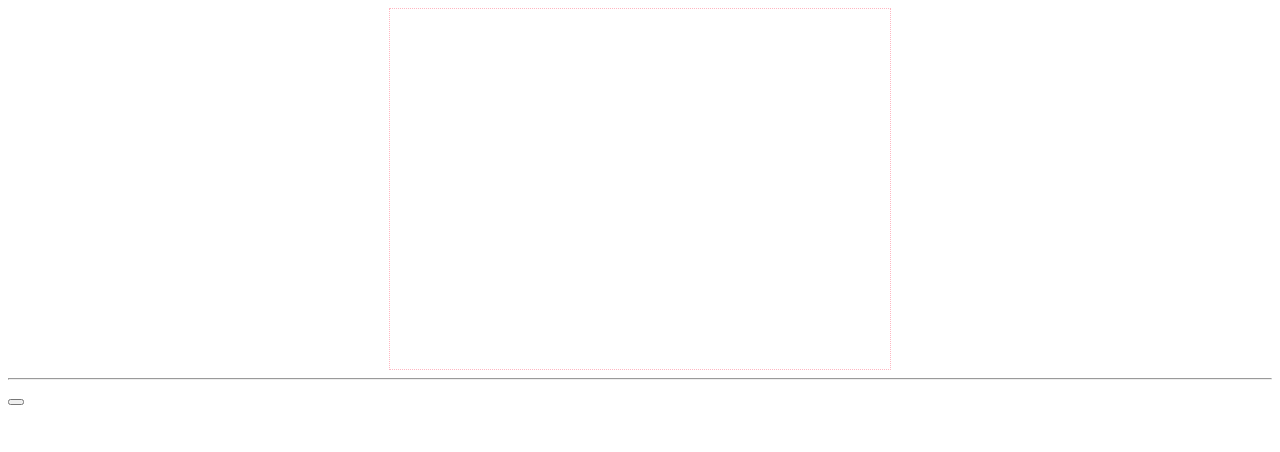
Repository: sehyeongrace/web-workspace
Page: BurgerKingProject/src/main/webapp/index.html
An editor plug-in stored every save of this project. The page is shown before and after the next save, followed by the edit.
The browser window is 1280 px wide. The pictures show the whole page.

Above is the page before, as saved 2025-03-07 07:19:22.

After the next save:
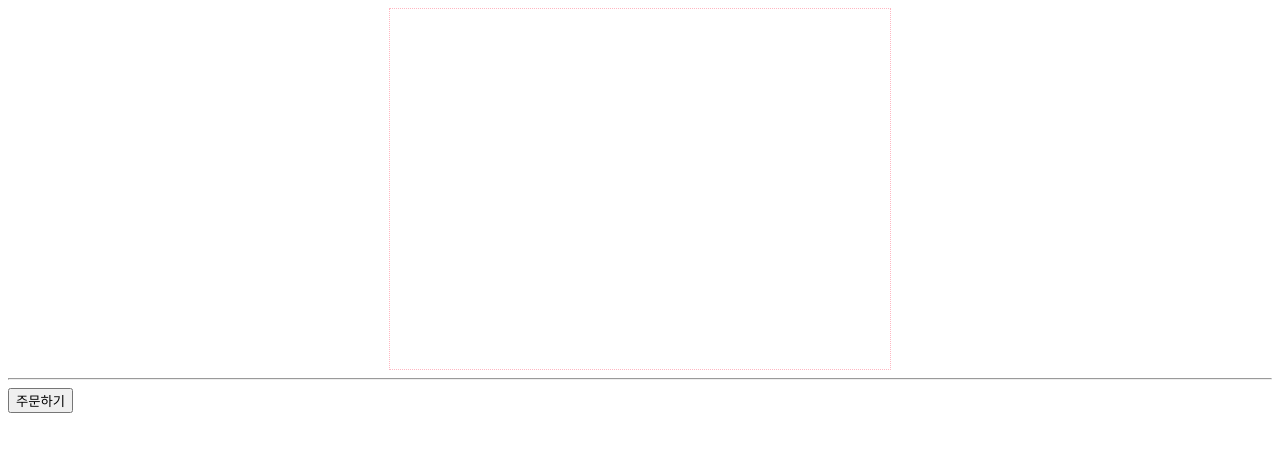
Saved 35 s later.
--- a/BurgerKingProject/src/main/webapp/index.html
+++ b/BurgerKingProject/src/main/webapp/index.html
@@ -25,7 +25,7 @@
 	<hr>
 
 
-	<button></button>
+	<button>주문하기</button>
 
 
 
